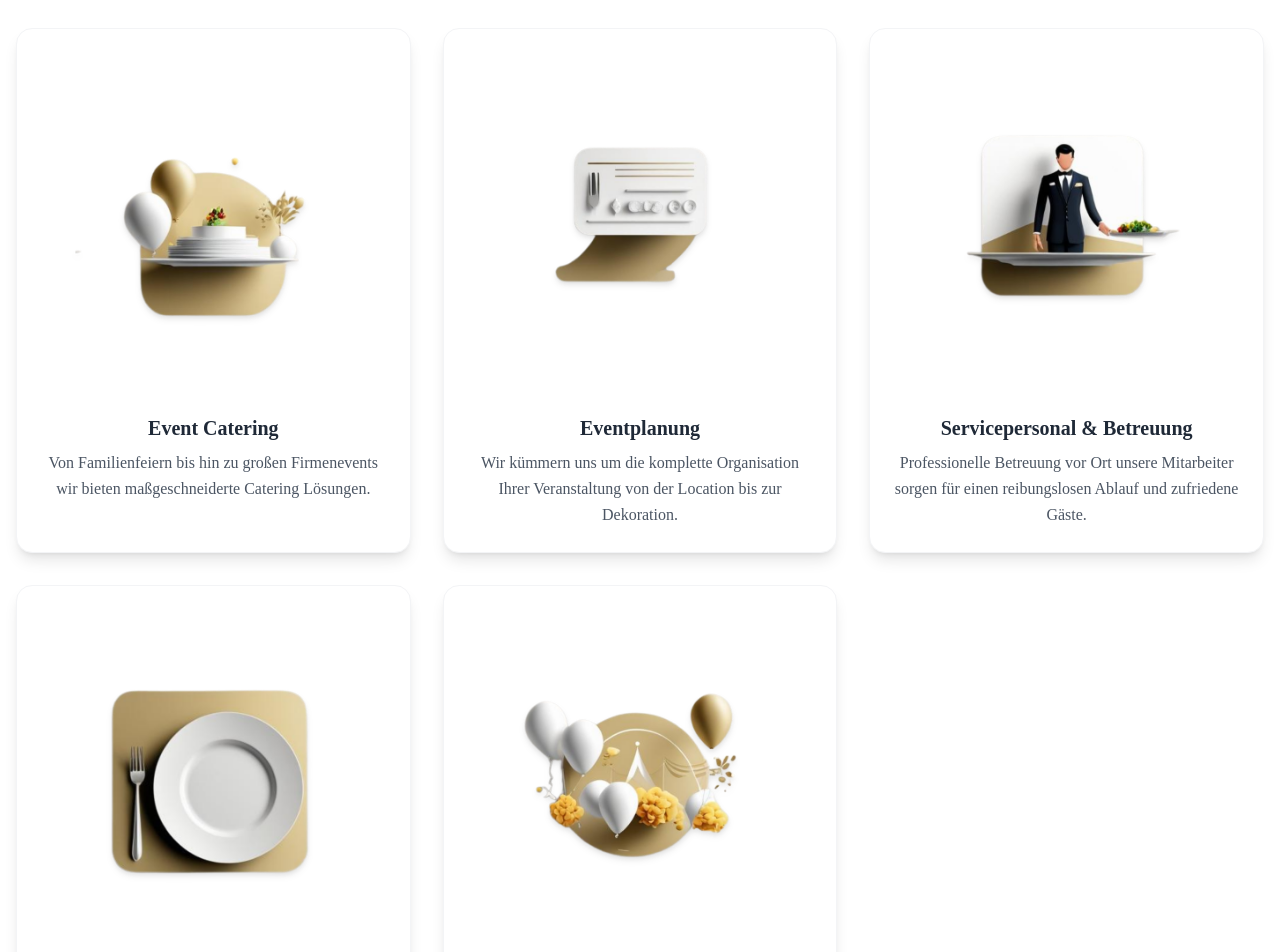
Repository: NikolajMalisch/vilana
Page: index.html
These files come from the project's save history. The page is drawn as it stood at one moment and after a run of saves; the edit follows.
The browser window is 1280 px wide. The pictures show the part of the page from y = 924 to 1876 px (the page is 2185 px tall).
A picture or video elsewhere on the page could not be fetched, so the positions and the page height are approximate. Some web fonts or font styles are not loaded; a fallback is used. Some web libraries are served in a nearby version.

Above is the page before, as saved 2025-08-01 13:47:07.

### index.html
<head>
    <meta charset="UTF-8" />
    <meta name="viewport" content="width=device-width, initial-scale=1.0" />
    <title>Vilana Event & Catering</title>

    <!-- Tailwind CSS -->
    <script src="https://cdn.tailwindcss.com"></script>

    <!-- Google Fonts -->
    <link href="https://fonts.googleapis.com/css2?family=Cinzel+Decorative&family=Cormorant+SC:wght@400;500;700&display=swap" rel="stylesheet" />

    <!-- Benutzerdefinierte Schriftarten anwenden -->
    <style>
    body {
        font-family: 'Cormorant SC', serif;
        background-color: #fdfaf6;
    }

    h1, h2, h3, p, span {
        font-family: 'Cormorant SC', serif;
    }

    .logo-container {
        display: flex;
        align-items: baseline;
        gap: 0.3rem;
        margin-top: 4px;
    }

    .logo-title {
        font-family: 'Cinzel Decorative', cursive;
        font-size: 1.8rem;
        font-weight: 500;
        letter-spacing: 0.5px;
        line-height: 1.1;
        margin-bottom: 2px;
      color: #1f2937; /* Tailwind gray-800 */
    }

    .logo-subtitle {
        font-family: 'Cormorant SC', serif;
        font-size: 1.2rem;
        font-weight: 400;
        letter-spacing: 0.2px;
        line-height: 1;
        margin-top: 0;
      color: #1f2937; /* Tailwind gray-800 */
    }

    .lang-de, .lang-ru {
        display: none;
    }

    .lang-active {
        display: block;
    }
    </style>
</head>


<body>

<!-- Header -->
    <header class="bg-white shadow-md">
    <div class="container mx-auto px-4 py-4 flex justify-between items-center">
    <div class="logo-container">
        <h1 class="logo-title">Vilana</h1>
        <span class="logo-subtitle">Event & Catering</span>
    </div>

    <!-- Navigation -->
    <div class="flex items-center">
        <nav class="hidden md:flex space-x-8 mr-8">
        <a href="#home" class="text-gray-800 hover:text-amber-800">Startseite</a>
        <a href="#services" class="text-gray-800 hover:text-amber-800">Leistungen</a>
        <a href="menu.html" class="text-gray-800 hover:text-amber-800">Menü</a>
        <a href="galerie.html" class="text-gray-800 hover:text-amber-800">Galerie</a>
        <a href="about.html" class="text-gray-800 hover:text-amber-800">Über uns</a>
        <a href="contact.html" class="text-gray-800 hover:text-amber-800">Kontakt</a>
        </nav>

        <!-- Language Switcher -->
        <div class="language-selector">
        <button onclick="setLanguage('de')" class="px-2 lang-active">🇩🇪</button>
        <button onclick="setLanguage('ru')" class="px-2">🇷🇺</button>
        </div>

        <!-- Mobile Menu Button -->
        <button onclick="toggleMobileMenu()" class="md:hidden text-gray-700 ml-4">
        <svg xmlns="http://www.w3.org/2000/svg" class="h-6 w-6" fill="none" viewBox="0 0 24 24" stroke="currentColor">
            <path stroke-linecap="round" stroke-linejoin="round" stroke-width="2" d="M4 6h16M4 12h16M4 18h16" />
        </svg>
        </button>
    </div>
    </div>

    <!-- Mobile Navigation -->
    <div id="mobile-menu" class="hidden md:hidden bg-white py-2 px-4 shadow-lg">
    <nav class="flex flex-col space-y-3">
        <a href="#home" class="text-gray-800 hover:text-amber-800">Startseite</a>
        <a href="#services" class="text-gray-800 hover:text-amber-800">Leistungen</a>
        <a href="menu.html" class="text-gray-800 hover:text-amber-800">Menü</a>
        <a href="galerie.html" class="text-gray-800 hover:text-amber-800">Galerie</a>
        <a href="about.html" class="text-gray-800 hover:text-amber-800">Über uns</a>
        <a href="contact.html" class="text-gray-800 hover:text-amber-800">Kontakt</a>
    </nav>
    </div>
</header>

<!-- Hero Section -->
<section id="home" class="bg-[#0e0e0e] text-white py-20 flex items-center justify-center text-center">
    <div class="container mx-auto px-4">
    <img src="images/vilana_logo.png" alt="Vilana Logo" class="h-60 sm:h-80 mx-auto drop-shadow-lg transition-transform duration-300 hover:scale-105">
    <p class="text-xl md:text-2xl mb-4 max-w-2xl mx-auto lang lang-de">Liebe zum Detail</p>
    <p class="text-xl md:text-2xl mb-4 max-w-2xl mx-auto lang lang-ru">Любовь к деталям</p>
    <p class="text-lg md:text-xl mb-8 max-w-2xl mx-auto lang lang-de">Erleben Sie Catering neu mit Liebe, Geschmack und Stil</p>
    <p class="text-lg md:text-xl mb-8 max-w-2xl mx-auto lang lang-ru">Откройте для себя кейтеринг заново – с любовью, вкусом и стилем</p>
    <a href="contact.html" class="bg-amber-600 hover:bg-amber-700 text-white font-bold py-3 px-8 rounded-full transition duration-300 inline-block lang lang-de">Kontaktieren Sie uns</a>
    <div class="mt-12 text-3xl animate-bounce text-white">↓</div>
    </div>
</section>

<!-- Leistungen -->
<section id="services" class="py-16 bg-white">
<div class="container mx-auto px-4">
    <h2 class="text-3xl md:text-4xl font-bold text-center mb-12 lang lang-de">Unsere Leistungen</h2>
    <h2 class="text-3xl md:text-4xl font-bold text-center mb-12 lang lang-ru">Наши услуги</h2>

    <div class="grid grid-cols-1 md:grid-cols-2 lg:grid-cols-3 gap-8">

    <!-- Event Catering -->
    <div class="bg-white rounded-2xl p-6 shadow-lg hover:shadow-2xl transition-shadow duration-300 border border-gray-100">
        <img src="images/Без названия (500 x 500 пикс.) new/Catering.png" alt="Event Catering" class="w-25 h-25 mb-4 mx-auto drop-shadow-md">
        <h3 class="text-xl font-semibold text-center text-gray-800 mb-2 lang lang-de">Event Catering</h3>
        <h3 class="text-xl font-semibold text-center text-gray-800 mb-2 lang lang-ru">Кейтеринг</h3>
        <p class="text-gray-600 text-center leading-relaxed lang lang-de">Von Familienfeiern bis hin zu großen Firmenevents wir bieten maßgeschneiderte Catering Lösungen.</p>
        <p class="text-gray-600 text-center leading-relaxed lang lang-ru">От семейных праздников до крупных корпоративов мы предлагаем кейтеринг решения под ключ.</p>
    </div>

    <!-- Eventplanung -->
    <div class="bg-white rounded-2xl p-6 shadow-lg hover:shadow-2xl transition-shadow duration-300 border border-gray-100">
        <img src="images/Без названия (500 x 500 пикс.) new/Eventplanung.png" alt="Eventplanung" class="w-25 h-25 mb-4 mx-auto drop-shadow-md">
        <h3 class="text-xl font-semibold text-center text-gray-800 mb-2 lang lang-de">Eventplanung</h3>
        <h3 class="text-xl font-semibold text-center text-gray-800 mb-2 lang lang-ru">Планирование мероприятий</h3>
        <p class="text-gray-600 text-center leading-relaxed lang lang-de">Wir kümmern uns um die komplette Organisation Ihrer Veranstaltung von der Location bis zur Dekoration.</p>
        <p class="text-gray-600 text-center leading-relaxed lang lang-ru">Мы берём на себя всю организацию вашего мероприятия от выбора площадки до оформления зала.</p>
    </div>

    <!-- Servicepersonal -->
    <div class="bg-white rounded-2xl p-6 shadow-lg hover:shadow-2xl transition-shadow duration-300 border border-gray-100">
        <img src="images/Без названия (500 x 500 пикс.) new/Service.png" alt="Servicepersonal" class="w-25 h-25 mb-4 mx-auto drop-shadow-md">
        <h3 class="text-xl font-semibold text-center text-gray-800 mb-2 lang lang-de">Servicepersonal & Betreuung</h3>
        <h3 class="text-xl font-semibold text-center text-gray-800 mb-2 lang lang-ru">Персонал и сопровождение</h3>
        <p class="text-gray-600 text-center leading-relaxed lang lang-de">Professionelle Betreuung vor Ort unsere Mitarbeiter sorgen für einen reibungslosen Ablauf und zufriedene Gäste.</p>
        <p class="text-gray-600 text-center leading-relaxed lang lang-ru">Профессиональное сопровождение наши сотрудники обеспечат безупречное проведение мероприятия.</p>
    </div>

    <!-- Mobiles Buffet -->
    <div class="bg-white rounded-2xl p-6 shadow-lg hover:shadow-2xl transition-shadow duration-300 border border-gray-100">
        <img src="images/Без названия (500 x 500 пикс.) new/Besteck.png" alt="Mobiles Buffet" class="w-25 h-25 mb-4 mx-auto drop-shadow-md">
        <h3 class="text-xl font-semibold text-center text-gray-800 mb-2 lang lang-de">Mobiles Buffet & Equipment</h3>
        <h3 class="text-xl font-semibold text-center text-gray-800 mb-2 lang lang-ru">Мобильный буфет и оборудование</h3>
        <p class="text-gray-600 text-center leading-relaxed lang lang-de">Alles aus einer Hand wir bringen Geschirr,Besteck und Buffet direkt zu Ihrer Veranstaltung.</p>
        <p class="text-gray-600 text-center leading-relaxed lang lang-ru">Всё под ключ мы привозим посуду,приборы и буфет прямо на место проведения.</p>
    </div>

    <!-- Themen-Events -->
    <div class="bg-white rounded-2xl p-6 shadow-lg hover:shadow-2xl transition-shadow duration-300 border border-gray-100">
        <img src="images/Без названия (500 x 500 пикс.) new/Themen.png" alt="Themen Events" class="w-25 h-25 mb-4 mx-auto drop-shadow-md">
        <h3 class="text-xl font-semibold text-center text-gray-800 mb-2 lang lang-de">Themen-Events & Konzepte</h3>
        <h3 class="text-xl font-semibold text-center text-gray-800 mb-2 lang lang-ru">Тематические мероприятия</h3>
        <p class="text-gray-600 text-center leading-relaxed lang lang-de">Ob Oktoberfest,russische Hochzeit oder Business Brunch wir gestalten Ihr Event individuell und mit Konzept.</p>
        <p class="text-gray-600 text-center leading-relaxed lang lang-ru">Октоберфест,русская свадьба или деловой бранч мы оформим ваше мероприятие с уникальной концепцией.</p>
    </div>

    </div>
</div>
</section>


<!-- Footer -->
<footer class="bg-gray-800 text-white py-8">
    <div class="container mx-auto px-4 text-center">
    <p>&copy; 2025 Vilana Event & Catering. Alle Rechte vorbehalten.</p>
    </div>
</footer>

<!-- Language Switch & Mobile Menu -->
<script>
function setLanguage(lang) {
    document.querySelectorAll('.lang').forEach(el => el.classList.remove('lang-active'));
    document.querySelectorAll('.lang-' + lang).forEach(el => el.classList.add('lang-active'));
}

    function toggleMobileMenu() {
    const menu = document.getElementById("mobile-menu");
    menu.classList.toggle("hidden");
    }

  // Default language
    setLanguage('de');
</script>

</body>
</html>

After the next 2 saves:
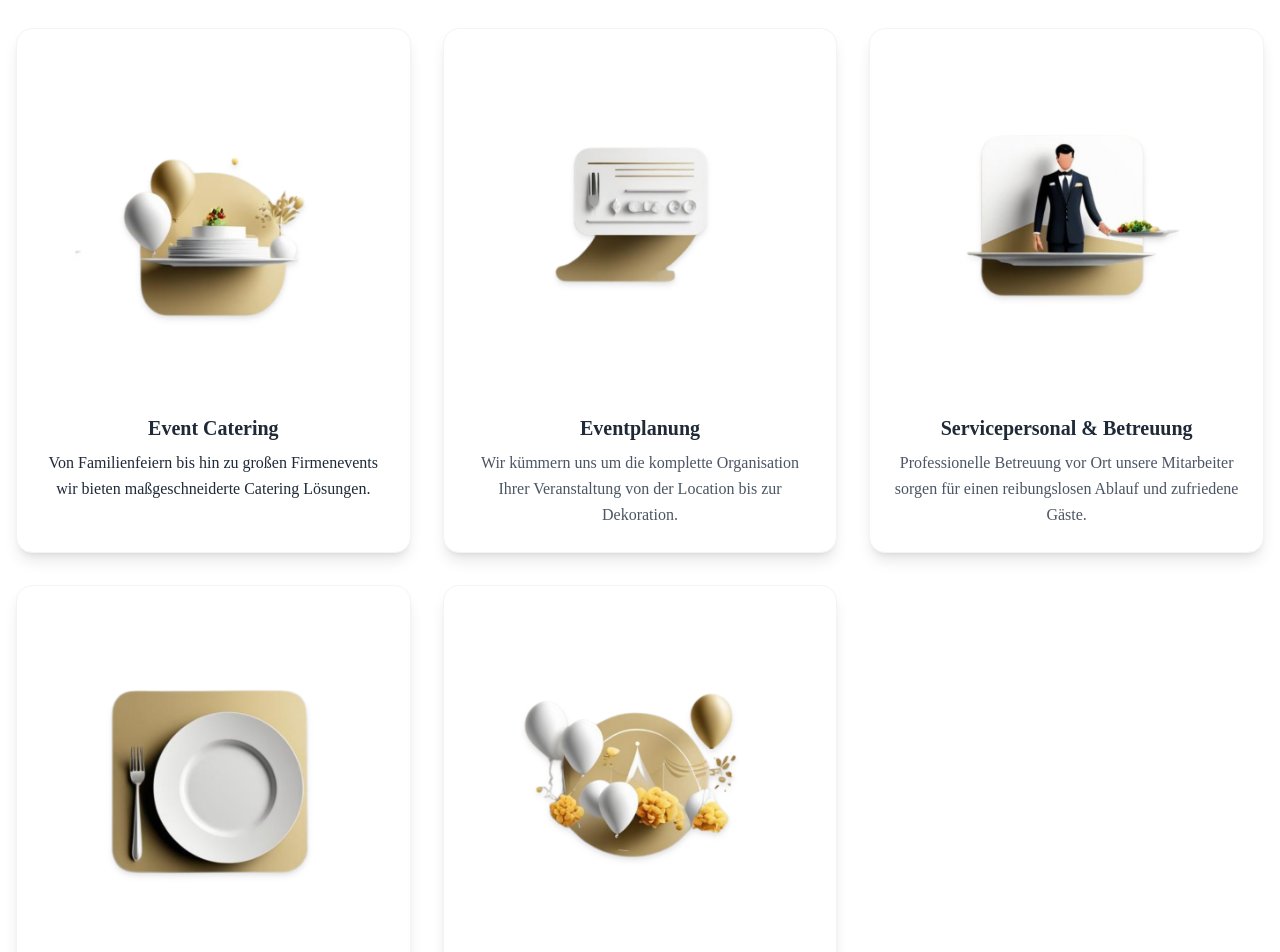
The 2 saves are shown as one change because they came seconds apart.
The last was saved 18 s later.
--- a/index.html
+++ b/index.html
@@ -133,8 +133,8 @@
         <img src="images/Без названия (500 x 500 пикс.) new/Catering.png" alt="Event Catering" class="w-25 h-25 mb-4 mx-auto drop-shadow-md">
         <h3 class="text-xl font-semibold text-center text-gray-800 mb-2 lang lang-de">Event Catering</h3>
         <h3 class="text-xl font-semibold text-center text-gray-800 mb-2 lang lang-ru">Кейтеринг</h3>
-        <p class="text-gray-600 text-center leading-relaxed lang lang-de">Von Familienfeiern bis hin zu großen Firmenevents wir bieten maßgeschneiderte Catering Lösungen.</p>
-        <p class="text-gray-600 text-center leading-relaxed lang lang-ru">От семейных праздников до крупных корпоративов мы предлагаем кейтеринг решения под ключ.</p>
+        <p class="text-gray-800 text-center leading-relaxed lang lang-de">Von Familienfeiern bis hin zu großen Firmenevents wir bieten maßgeschneiderte Catering Lösungen.</p>
+        <p class="text-gray-800 text-center leading-relaxed lang lang-ru">От семейных праздников до крупных корпоративов мы предлагаем кейтеринг решения под ключ.</p>
     </div>
 
     <!-- Eventplanung -->

After the 2 saves that followed:
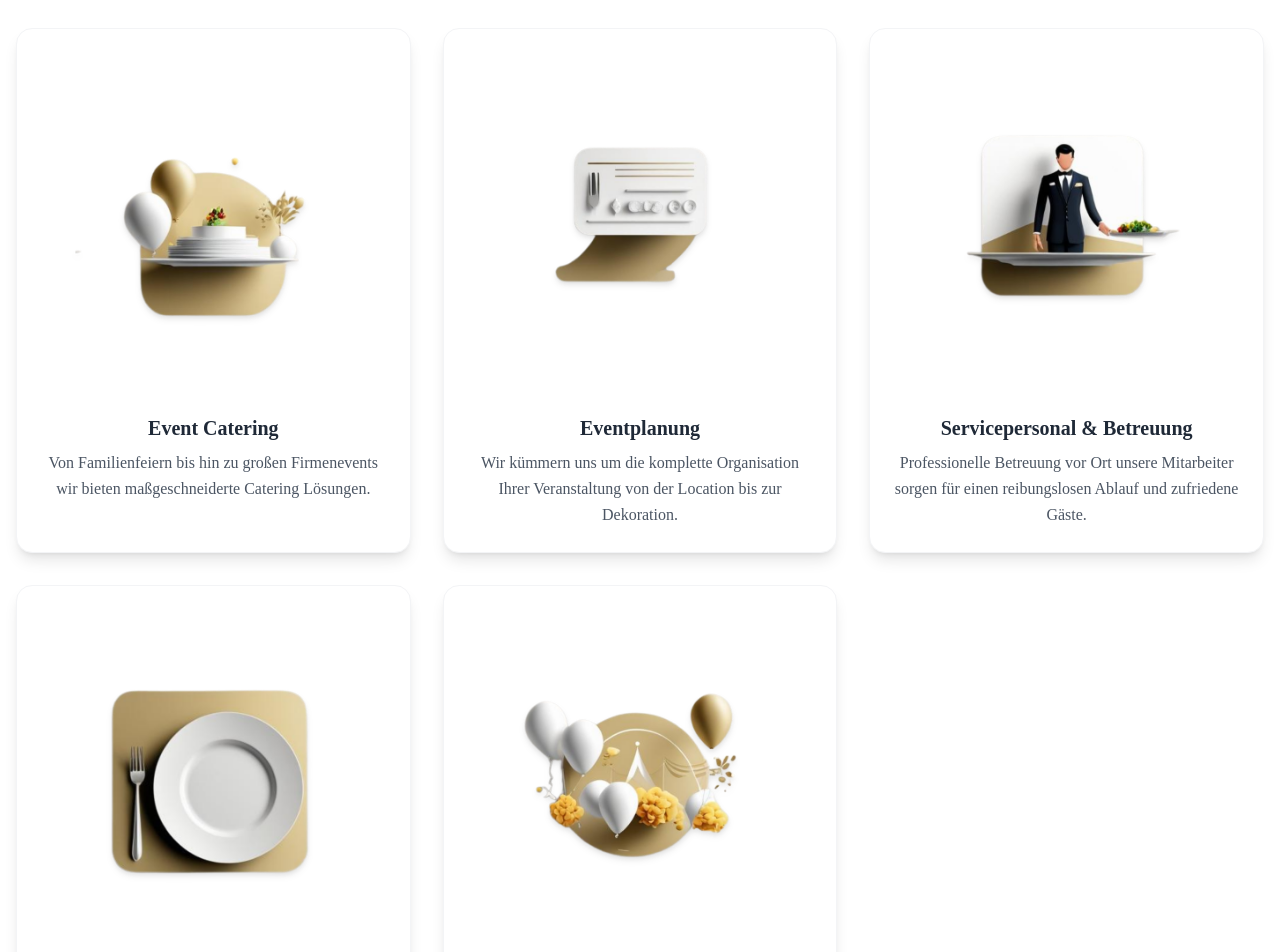
The 2 saves are shown as one change because they came seconds apart.
The last was saved 32 s later.
--- a/index.html
+++ b/index.html
@@ -133,8 +133,8 @@
         <img src="images/Без названия (500 x 500 пикс.) new/Catering.png" alt="Event Catering" class="w-25 h-25 mb-4 mx-auto drop-shadow-md">
         <h3 class="text-xl font-semibold text-center text-gray-800 mb-2 lang lang-de">Event Catering</h3>
         <h3 class="text-xl font-semibold text-center text-gray-800 mb-2 lang lang-ru">Кейтеринг</h3>
-        <p class="text-gray-800 text-center leading-relaxed lang lang-de">Von Familienfeiern bis hin zu großen Firmenevents wir bieten maßgeschneiderte Catering Lösungen.</p>
-        <p class="text-gray-800 text-center leading-relaxed lang lang-ru">От семейных праздников до крупных корпоративов мы предлагаем кейтеринг решения под ключ.</p>
+        <p class="text-gray-600 text-center leading-relaxed lang lang-de">Von Familienfeiern bis hin zu großen Firmenevents wir bieten maßgeschneiderte Catering Lösungen.</p>
+        <p class="text-gray-600 text-center leading-relaxed lang lang-ru">От семейных праздников до крупных корпоративов мы предлагаем кейтеринг решения под ключ.</p>
     </div>
 
     <!-- Eventplanung -->
